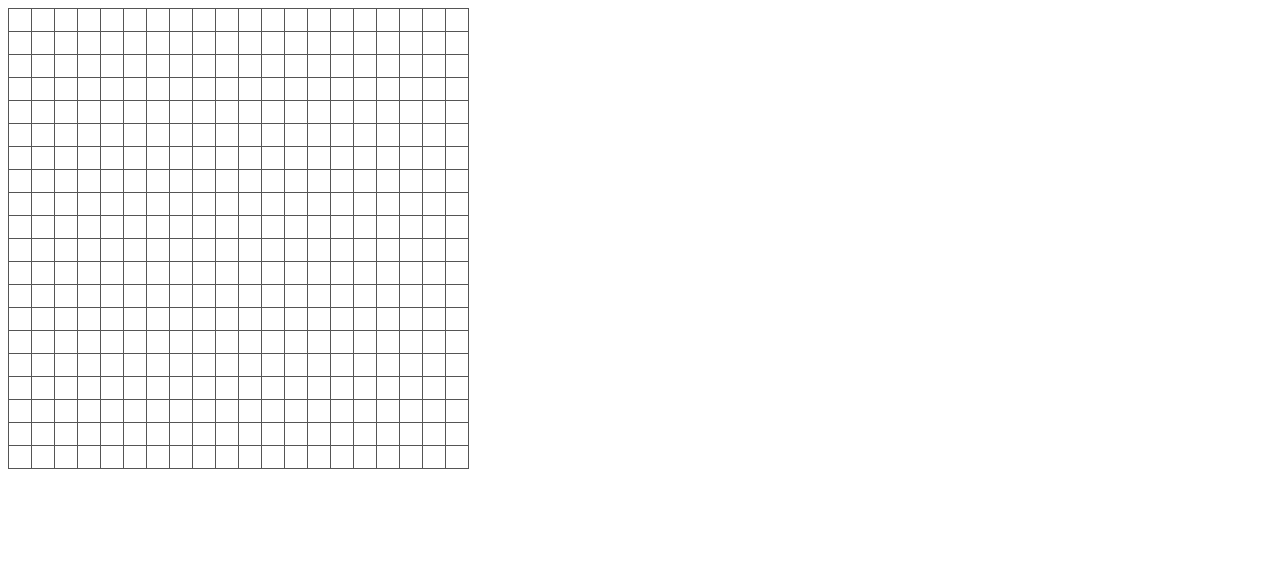
Repository: ycsheng/Games
Page: 01_snake/index.html
The author's editor kept a copy of each file at every save. The page is drawn from the files as they stood at one save, then again after the next save.
The browser window is 1280 px wide. The pictures show the whole page.

Above is the page before, as saved 2021-09-18 10:15:23.

### 01_snake/index.html
<!DOCTYPE html>
<html lang="zh">
<head>
  <meta charset="UTF-8">
  <meta http-equiv="X-UA-Compatible" content="IE=edge">
  <meta name="viewport" content="width=device-width, initial-scale=1.0">
  <title>Document</title>
  <style>
    table {
      border-collapse: collapse;
      /* border: 1px solid #333 */
    }
    td {
      width: 20px;
      height: 20px;
      border: 1px solid #555;
    }
  </style>
</head>
<body>
  <div id="app"></div>
  <script src="./js/Game.js"></script>
  <script>
    new Game()
  </script>
</body>
</html>

### 01_snake/js/Game.js
function Game() {
  // 创建表格
  this.row = 20;  // 行数
  this.col = 20;  //列数

  this.init()
}
Game.prototype.init = function() {
  this.dom = document.createElement("table");
  var tr, td;
  // 遍历行和列上树
  for(var i = 0; i < this.row; i++) {
    // 遍历行，创建节点上树
    tr = document.createElement("tr");
    for(var j = 0; j < this.col; j++) {
      td = document.createElement("td");
      tr.appendChild(td)
    }
    // 追加节点上树
    this.dom.appendChild(tr);
  }
  // 表格上树
  document.getElementById("app").appendChild(this.dom)
}

After the next save:
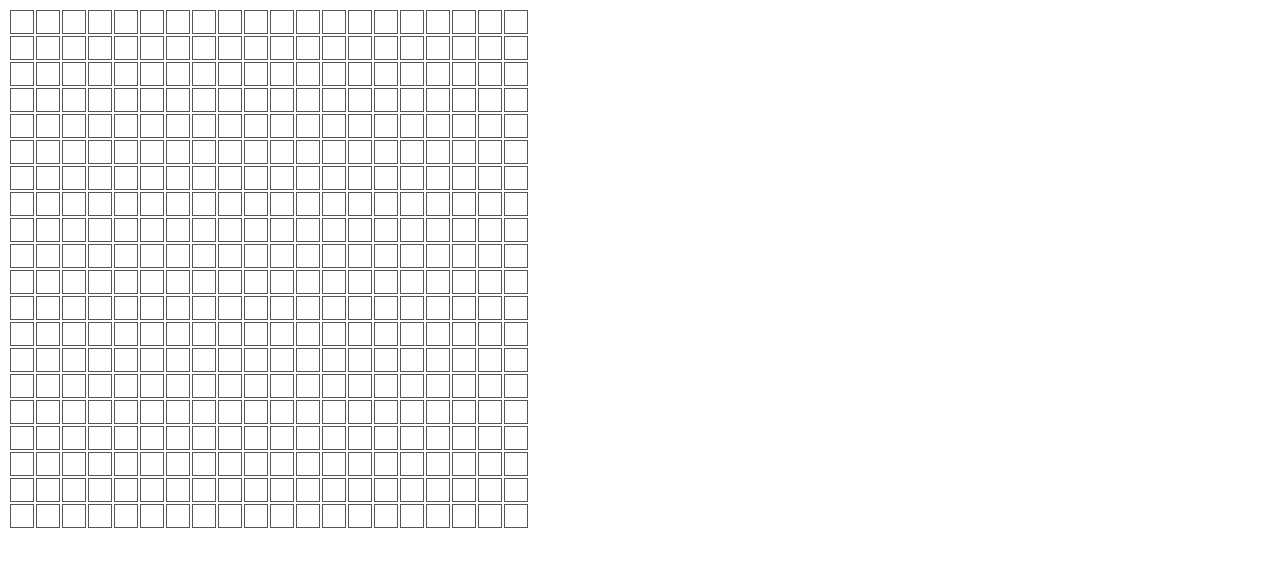
Saved 5 s later.
--- a/01_snake/index.html
+++ b/01_snake/index.html
@@ -7,7 +7,7 @@
   <title>Document</title>
   <style>
     table {
-      border-collapse: collapse;
+      /* border-collapse: collapse; */
       /* border: 1px solid #333 */
     }
     td {

After the save that followed:
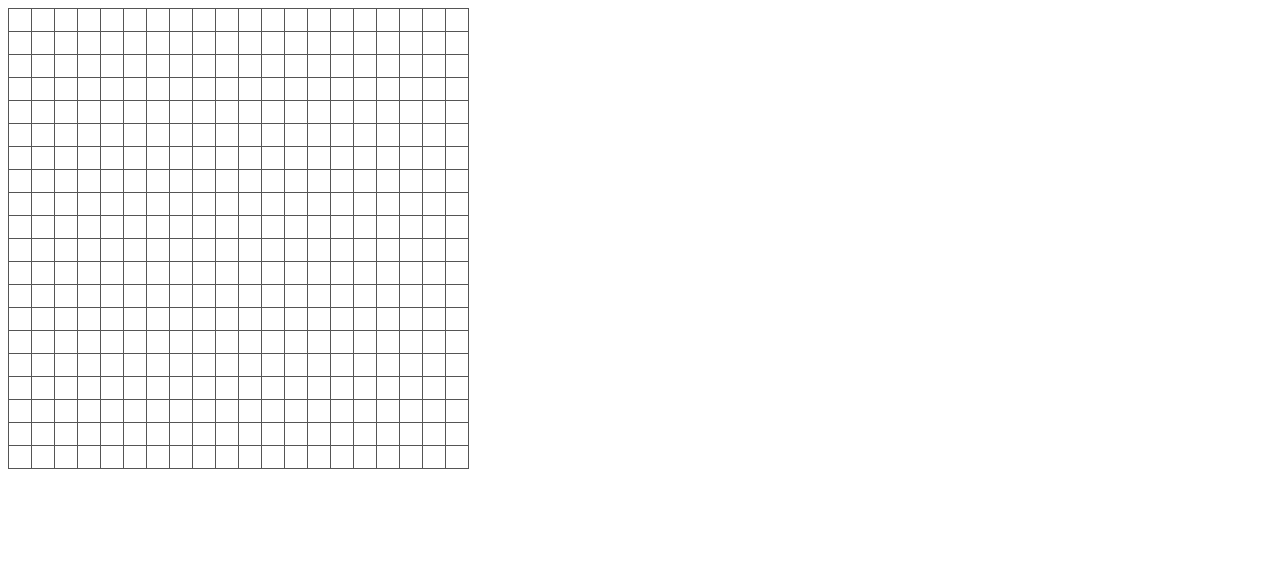
Saved 6 s later.
--- a/01_snake/index.html
+++ b/01_snake/index.html
@@ -7,7 +7,7 @@
   <title>Document</title>
   <style>
     table {
-      /* border-collapse: collapse; */
+      border-collapse: collapse;
       /* border: 1px solid #333 */
     }
     td {
